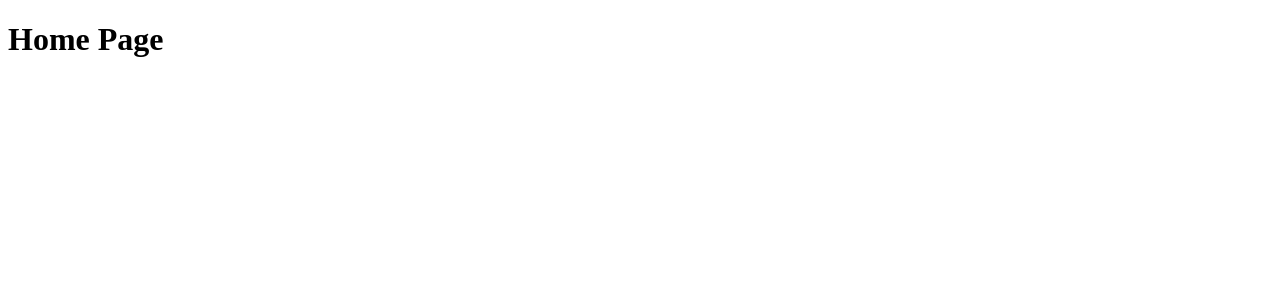
Repository: kiran22985/FlutterDemo
Page: homepage.html
An editor plug-in stored every save of this project. The page is shown before and after a run of saves, followed by the edit.
The browser window is 1280 px wide. The pictures show the whole page.

Above is the page before, as saved 2021-12-12 05:46:00.

After the next 2 saves:
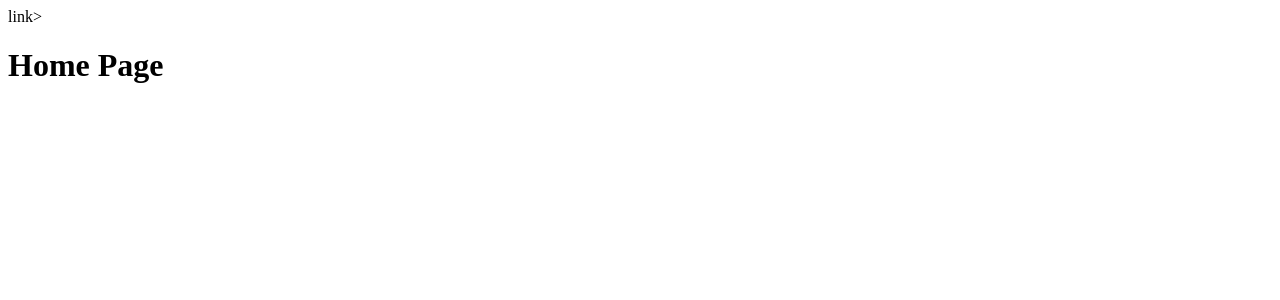
The 2 saves are shown as one change because they came seconds apart.
The last was saved 12 s later.
--- a/homepage.html
+++ b/homepage.html
@@ -6,6 +6,7 @@
     <meta http-equiv="X-UA-Compatible" content="IE=edge">
     <meta name="viewport" content="width=device-width, initial-scale=1.0">
     <title>Document</title>
+    link>
 </head>
 
 <body>

After the 2 saves that followed:
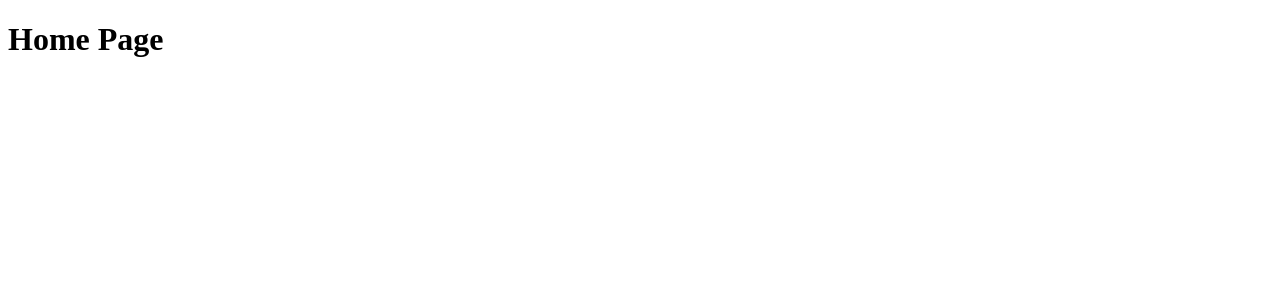
The 2 saves are shown as one change because they came seconds apart.
The last was saved 6 s later.
--- a/homepage.html
+++ b/homepage.html
@@ -6,7 +6,7 @@
     <meta http-equiv="X-UA-Compatible" content="IE=edge">
     <meta name="viewport" content="width=device-width, initial-scale=1.0">
     <title>Document</title>
-    link>
+    <link rel="stylesheet" href="">
 </head>
 
 <body>
